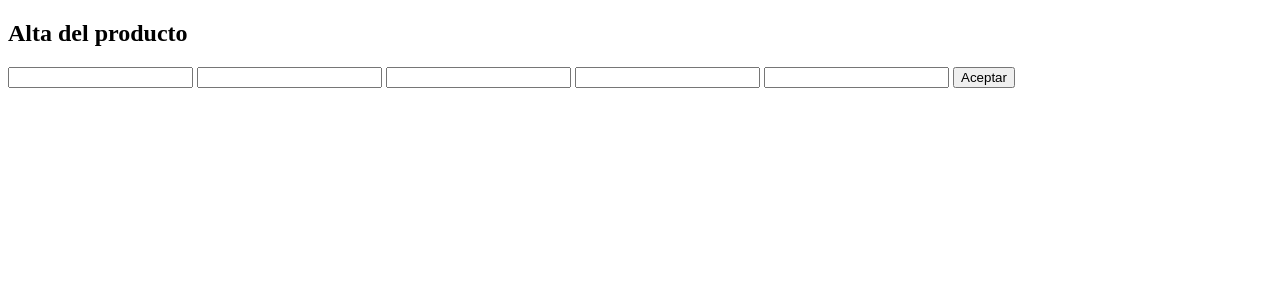
Repository: jaimedelgado/Formacion-JAVA
Page: http://localhost/gestionProductosSpring/alta
The author's editor kept a copy of each file at every save. The page is drawn from the files as they stood at one save, then again after the next save.
The browser window is 1280 px wide. The pictures show the whole page.
The page is served by Tomcat 9.

Above is the page before, as saved 2015-10-29 13:10:57.

After the next save:
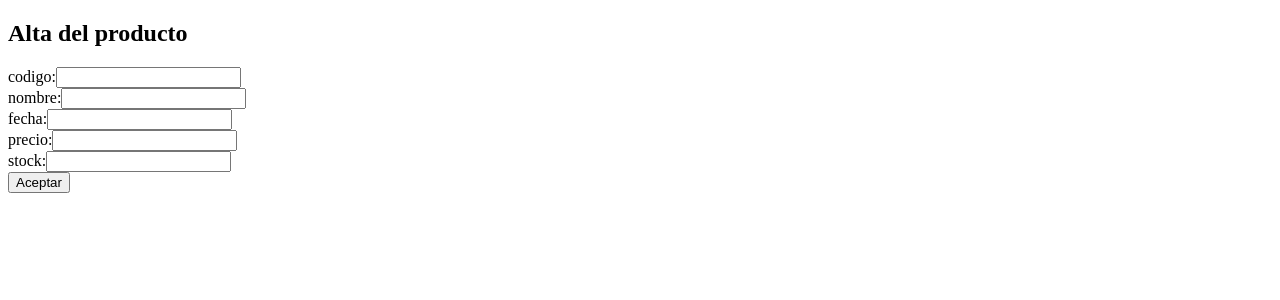
Saved 81 s later.
--- a/gestionProductosSpring/webapp/WEB-INF/jsp/alta.jsp
+++ b/gestionProductosSpring/webapp/WEB-INF/jsp/alta.jsp
@@ -10,11 +10,11 @@
 		<h2>Alta del producto</h2>
 
 			<form action="altaProducto">
-			<input type="text" name="codigo"/>
-			<input type="text" name="nombre"/>
-			<input type="text" name="fecha"/>
-			<input type="text" name="precio"/>
-			<input type="text" name="stock"/>
+			codigo:<input type="text" name="codigo"/><br/>
+			nombre:<input type="text" name="nombre"/><br/>
+			fecha:<input type="text" name="fecha"/><br/>
+			precio:<input type="text" name="precio"/><br/>
+			stock:<input type="text" name="stock"/><br/>
 			<input type="submit" value="Aceptar"/>
 		</form>
 	</body>
